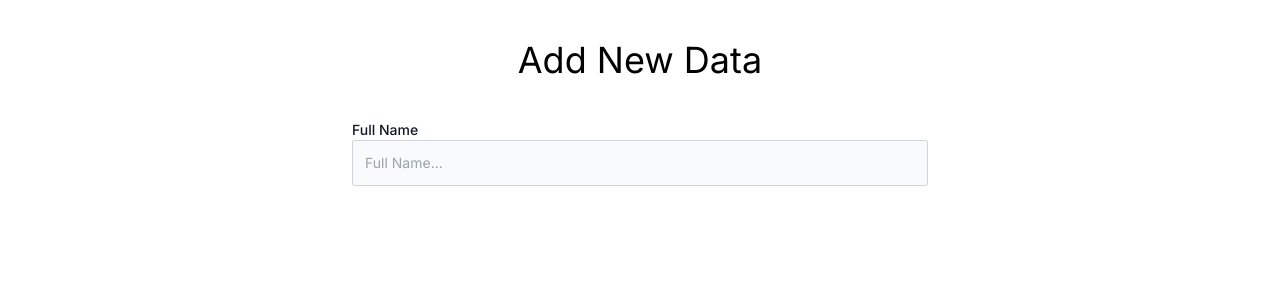
Repository: KilluaProject/crud-nextjs14
Page: /contacts/create
An editor plug-in stored every save of this project. The page is shown before and after the next save, followed by the edit.
The browser window is 1280 px wide. The pictures show the whole page.
The project was rebuilt for these pictures with package versions that can differ from the ones it lists, and the page was loaded fresh each time. The framework's server and built-in components were replaced by stand-ins that run in the browser. Also part of the build but not shown: next.config.mjs.

Above is the page before, as saved 2024-06-30 14:10:59.

### app/layout.tsx
import type { Metadata } from "next";
import { Inter } from "next/font/google";
import "./globals.css";

const inter = Inter({ subsets: ["latin"] });

export const metadata: Metadata = {
  title: "CRUD Apps",
  description: "Generated by create next app",
};

export default function RootLayout({
  children,
}: Readonly<{
  children: React.ReactNode;
}>) {
  return (
    <html lang="en">
      <body className={inter.className}>{children}</body>
    </html>
  );
}

### app/contacts/create/page.tsx
import CreateForm from '@/components/CreateForm'
import React from 'react'

const CreateContact = () => {
  return (
    <div className='max-w-xl m-auto my-10 flex flex-col gap-10 '>
      <h1 className='text-4xl text-center'>
        Add New Data
      </h1>
        <CreateForm/>
    </div>
  )
}

export default CreateContact

### components/CreateForm.tsx
import React from 'react'

const CreateForm = () => {
  return (
    <div>
      <form action="">
        <div>
          <label htmlFor="name" className='block text-sm font-medium text-gray-900'>Full Name</label>
          <input type="text" name='name' id='name' placeholder='Full Name...' className='bg-gray-50 border border-gray-300 text-gray-900 text-sm rounded-sm focus:ring-blue-500 focus:border-blue-500 block w-full p-3' />
        </div>
      </form>
    </div>
  )
}

export default CreateForm

Loaded but not shown: app/globals.css (common file); tailwind.config.ts (common file)

After the next save:
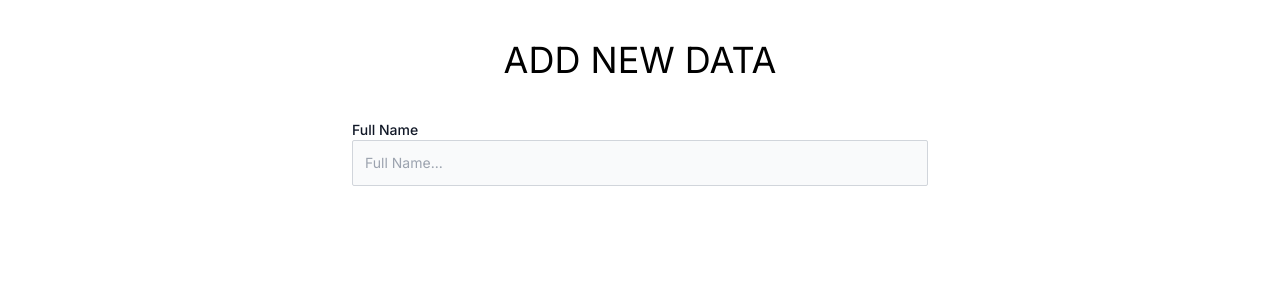
Saved 7 s later.
--- a/app/contacts/create/page.tsx
+++ b/app/contacts/create/page.tsx
@@ -4,7 +4,7 @@ import React from 'react'
 const CreateContact = () => {
   return (
     <div className='max-w-xl m-auto my-10 flex flex-col gap-10 '>
-      <h1 className='text-4xl text-center'>
+      <h1 className='text-4xl text-center uppercase'>
         Add New Data
       </h1>
         <CreateForm/>
